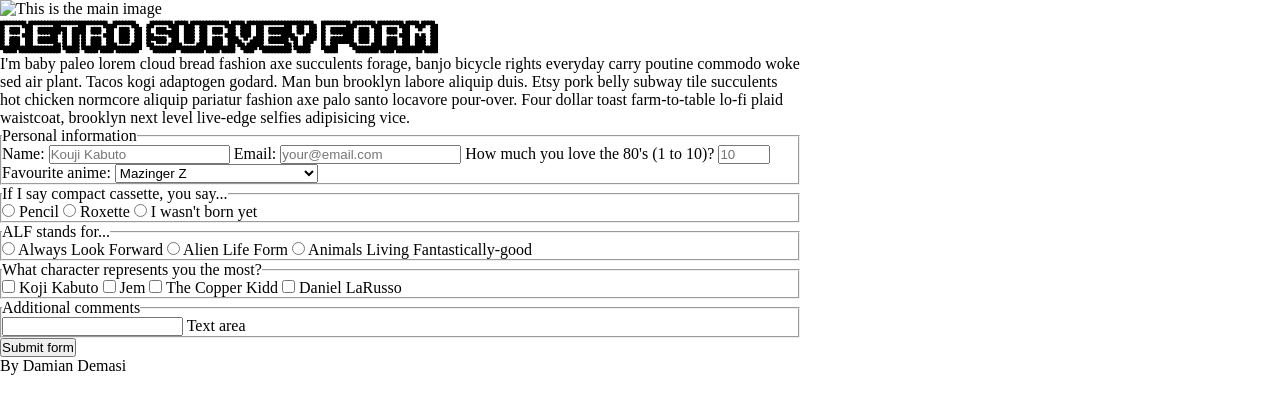
Repository: Colo-Codes/freecodecamp-02-Build-a-Survey-Form
Page: index.html
An editor plug-in stored every save of this project. The page is shown before and after the next save, followed by the edit.
The browser window is 1280 px wide. The pictures show the whole page.

Above is the page before, as saved 2021-05-18 13:05:28.

### index.html
<!DOCTYPE html>
<html lang="en">

<head>
    <meta charset="UTF-8">
    <meta http-equiv="X-UA-Compatible" content="IE=edge">
    <meta name="viewport" content="width=device-width, initial-scale=1.0">
    <link rel="stylesheet" href="./resources/css/index.css" type="text/css">
    <title>Retro Survey Form</title>
</head>

<body>
    <main>
        <header>
            <h1 id="title">Retro Survey Form</h1>
        </header>
        <section>
            <p id="description">I'm baby paleo lorem cloud bread fashion axe succulents forage, banjo bicycle rights
                everyday carry poutine commodo woke sed air plant. Tacos kogi adaptogen godard. Man bun brooklyn labore
                aliquip duis. Etsy pork belly subway tile succulents hot chicken normcore aliquip pariatur fashion axe
                palo santo locavore pour-over. Four dollar toast farm-to-table lo-fi plaid waistcoat, brooklyn next
                level live-edge selfies adipisicing vice.</p>
            <form action="#" id="survey-form" method="POST">
                <fieldset>
                    <legend>Personal information</legend>
                    <label for="name" id="name-label">
                        Name: <input type="text" id="name" placeholder="Kouji Kabuto" required>
                    </label>
                    <label for="email" id="email-label">
                        Email: <input type="email" id="email" placeholder="your@email.com" required> <!-- validate -->
                    </label>
                    <label for="number" id="number-label">
                        How much you love the 80's (1 to 10)? <input type="number" id="number" placeholder="10" min="1"
                            max="10" required>
                    </label>
                    <label for=""> Favourite anime:
                        <select name="" id="dropdown">
                            <option value="mazinger-z">Mazinger Z</option>
                            <option value="macross-robotech">Macross (Robotech)</option>
                            <option value="crusher-joe">Crusher Joe</option>
                            <option value="momo">Magical Princess Minky Momo</option>
                            <option value="gundam">Mobile Suit Zeta Gundam</option>
                            <option value="dragon-ball">Dragon Ball</option>
                            <option value="galactic-heroes">Legend of the Galactic Heroes</option>
                        </select>
                    </label>
                </fieldset>

                <fieldset>
                    <legend>If I say compact cassette, you say...</legend>
                    <label for="pencil">
                        <input type="radio" name="cassette-match" value="pencil" id="pencil"> Pencil
                    </label>
                    <label for="roxette">
                        <input type="radio" name="cassette-match" value="roxette" id="roxette"> Roxette
                    </label>
                    <label for="not-born">
                        <input type="radio" name="cassette-match" value="not-born" id="not-born"> I wasn't born yet
                    </label>
                </fieldset>
                <fieldset>
                    <legend>ALF stands for...</legend>
                    <label for="always">
                        <input type="radio" name="alf" value="always" id="always"> Always Look Forward
                    </label>
                    <label for="alien">
                        <input type="radio" name="alf" value="alien" id="alien"> Alien Life Form
                    </label>
                    <label for="animals">
                        <input type="radio" name="alf" value="animals" id="animals"> Animals Living Fantastically-good
                    </label>
                </fieldset>
                <fieldset>
                    <legend>What character represents you the most?</legend>
                    <label for="koji">
                        <input type="checkbox" name="character" value="koji" id="koji"> Koji Kabuto
                    </label>
                    <label for="jem">
                        <input type="checkbox" name="character" value="jem" id="jem"> Jem
                    </label>
                    <label for="copper">
                        <input type="checkbox" name="character" value="copper" id="copper"> The Copper Kidd
                    </label>
                    <label for="larusso">
                        <input type="checkbox" name="character" value="larusso" id="larusso"> Daniel LaRusso
                    </label>
                </fieldset>
                <fieldset>
                    <legend>Additional comments</legend>
                    <label for="">
                        <input type="textarea"> Text area
                    </label>
                </fieldset>
                <input type="submit" value="Submit form">
            </form>
        </section>
        <div id="main-image">
            <img src="" alt="This is the main image">
        </div id="main-image">
    </main>
    <footer>
        <p>By Damian Demasi</p>
    </footer>
</body>

</html>

### resources/css/index.css
@font-face {
    font-family: 'Karmatic Arcade';
    src: url("../fonts/ka1.ttf");
    font-weight: normal;
    font-style: normal;
}
/* Initial reset */
html {
    box-sizing: border-box;
    font-size: 16px;
}
*, *:before, *:after {
    box-sizing: inherit;
    margin: 0;
    padding: 0;
    /* outline: 1px dashed blue; Debugging purposes */
}
/* Flexbox container */
main {
    width: 800px;
    display: flex;
    flex-direction: column;
}
#main-image {
    order: -1; /* main image */
}
/* Form */
h1 {
    font-family: "Karmatic Arcade", sans-serif;
}

After the next save:
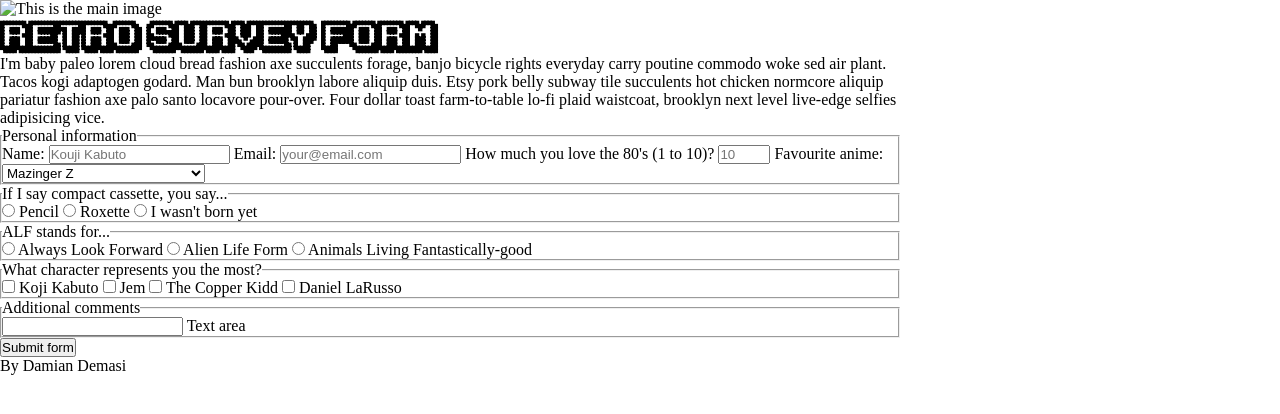
Saved 15 s later.
--- a/resources/css/index.css
+++ b/resources/css/index.css
@@ -17,7 +17,7 @@ html {
 }
 /* Flexbox container */
 main {
-    width: 800px;
+    width: 900px; /* TODO media query */
     display: flex;
     flex-direction: column;
 }
